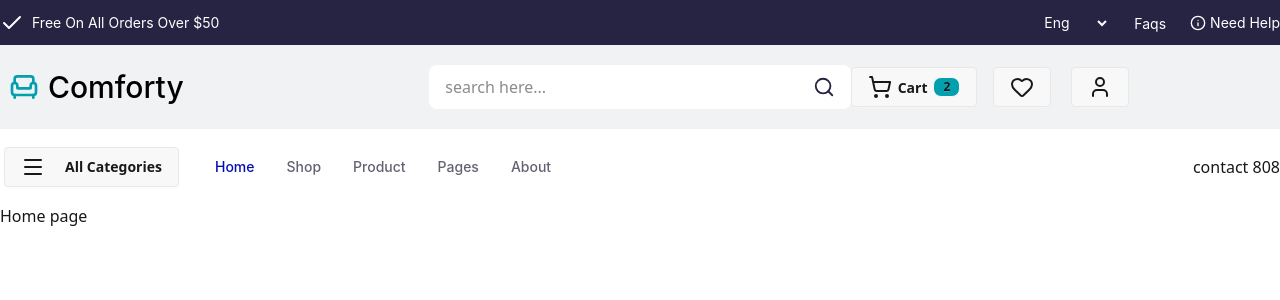
Repository: Neda0o0/store-template-website
Page: /
The author's editor kept a copy of each file at every save. The page is drawn from the files as they stood at one save, then again after the next save.
The browser window is 1280 px wide. The pictures show the whole page.
The project was rebuilt for these pictures with package versions that can differ from the ones it lists, and the page was loaded fresh each time. Also part of the build but not shown: vite.config.js, src/Pages/Auth/Auth.jsx, src/Pages/Auth/Login/Login.jsx, src/Pages/Auth/Register/Register.jsx, src/Pages/Error/Error.jsx, src/AuthCheck/AuthCheck.jsx.

Above is the page before, as saved 2025-10-20 21:31:23.

After the next save:
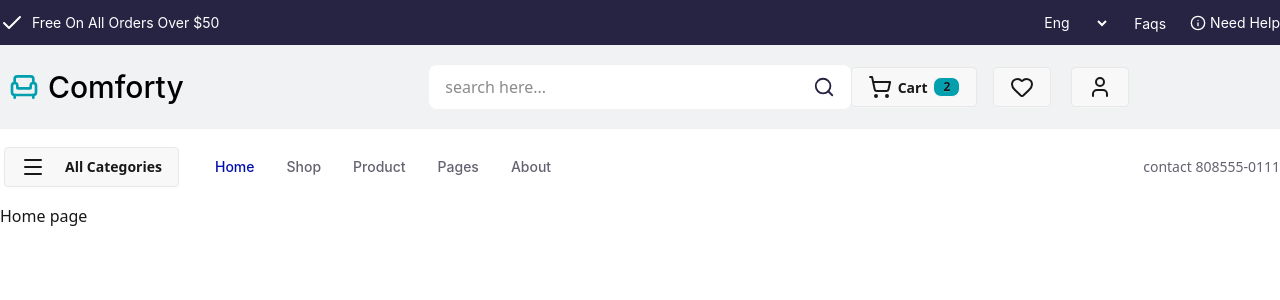
Saved 60 s later.
--- a/src/components/Navbar/Navbar.jsx
+++ b/src/components/Navbar/Navbar.jsx
@@ -148,8 +148,8 @@ const Navbar = () => {
           </div>
 
           <div className="navbar_bottom_right">
-            <p>
-              contact <span>{808}</span>
+            <p className="text-sm text-[#636270]">
+              contact <span>{808}555-0111</span>
             </p>
           </div>
         </div>
